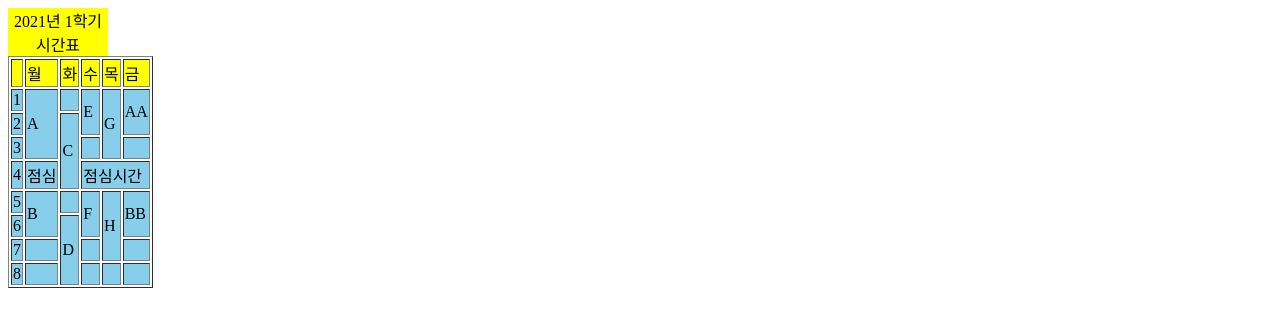
Repository: o-ddong/JSP
Page: ch1_html/WebContent/hello.html
An editor plug-in stored every save of this project. The page is shown before and after a run of saves, followed by the edit.
The browser window is 1280 px wide. The pictures show the whole page.

Above is the page before, as saved 2021-03-03 06:00:35.

### ch1_html/WebContent/hello.html
<!DOCTYPE html>
<html>
<head>
<meta charset="EUC-KR">
<title>Insert title here</title>
<style type = "text/css">
	.back_y{background-color:yellow; width:100px}
	.back_b{background-color:skyblue}
</style>
</head>
<body>

<table border="1";>
	<caption class=back_y>2021년 1학기 시간표</caption>
	<tr class=back_y>
		<td></td>
		<td>월</td>
		<td>화</td>
		<td>수</td>
		<td>목</td>
		<td>금</td>
	</tr>
	<tr class=back_b>
		<td>1</td>
		<td rowspan=3>A</td>
		<td></td>
		<td rowspan=2>E</td>
		<td rowspan=3>G</td>
		<td rowspan=2>AA</td>
	</tr>
	<tr class=back_b>
		<td>2</td>
		<td rowspan=3>C</td>
	</tr>
	<tr class=back_b>
		<td>3</td>
		<td></td>
		<td></td>
	</tr>
	<tr class=back_b>
		<td>4</td>
		<td>점심</td>
		<td colspan=3>점심시간</td>
	</tr>
	<tr class=back_b>
		<td>5</td>
		<td rowspan=2>B</td>
		<td></td>
		<td rowspan=2>F</td>
		<td rowspan=3>H</td>
		<td rowspan=2>BB</td>
	</tr>
	<tr class=back_b>
		<td>6</td>
		<td rowspan=3>D</td>
	</tr>
	<tr class=back_b>
		<td>7</td>
		<td></td>
		<td></td>
		<td></td>
	</tr>
	<tr class=back_b>
		<td>8</td>
		<td></td>
		<td></td>
		<td></td>
		<td></td>
	</tr>
</table>

</body>
</html>

After the next 2 saves:
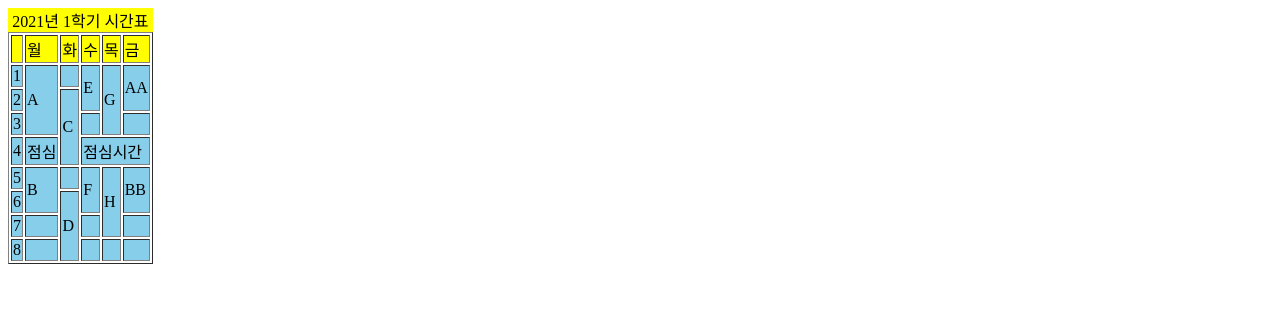
The 2 saves are shown as one change because they came seconds apart.
The last was saved 77 s later.
--- a/ch1_html/WebContent/hello.html
+++ b/ch1_html/WebContent/hello.html
@@ -4,13 +4,13 @@
 <meta charset="EUC-KR">
 <title>Insert title here</title>
 <style type = "text/css">
-	.back_y{background-color:yellow; width:100px}
+	.back_y{background-color:yellow;}
 	.back_b{background-color:skyblue}
 </style>
 </head>
 <body>
 
-<table border="1";>
+<table border="1"; width:100px;>
 	<caption class=back_y>2021년 1학기 시간표</caption>
 	<tr class=back_y>
 		<td></td>
